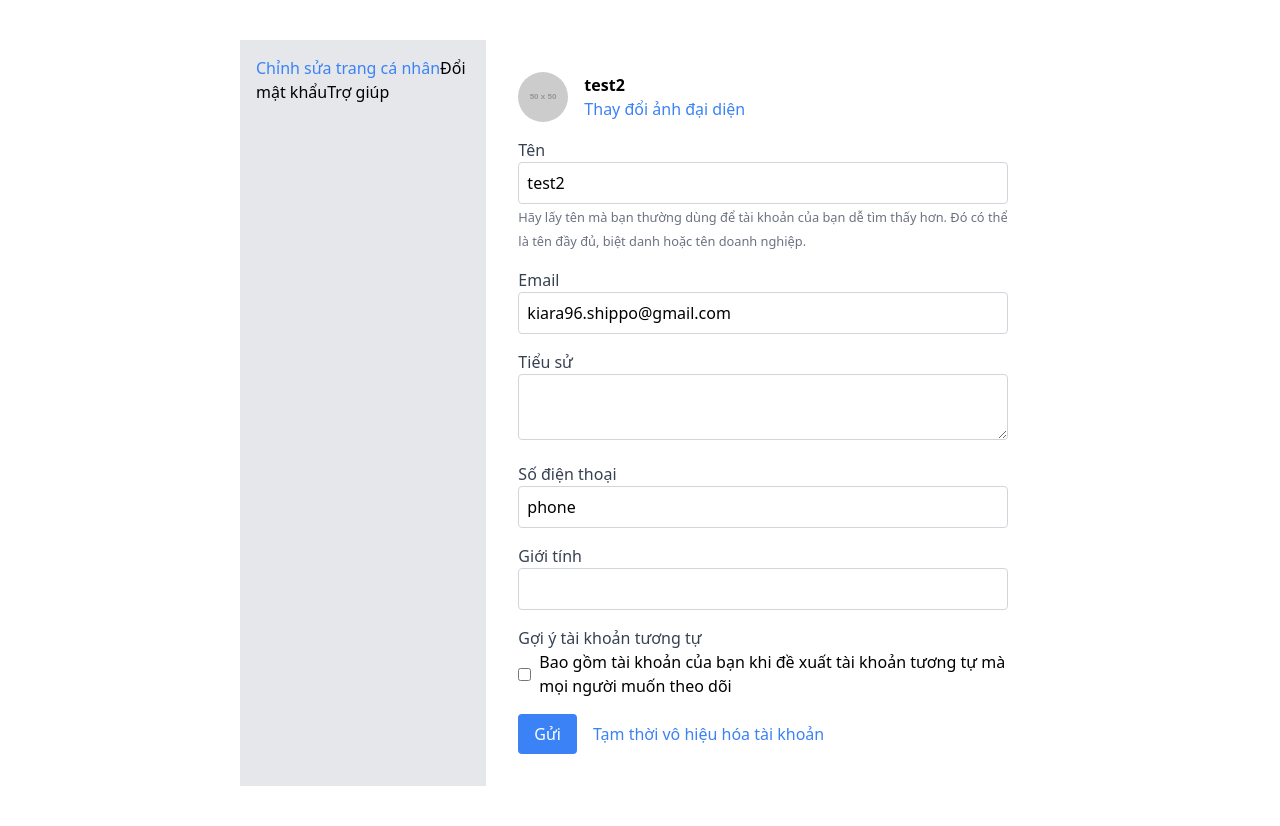
Repository: DangNgocDuong250903/2425_CS445AC_NHOM1
Page: /update_user (app in social_fe/)
An editor plug-in stored every save of this project. The page is shown before and after the next save, followed by the edit.
The browser window is 1280 px wide. The pictures show the whole page.
The project was rebuilt for these pictures with package versions that can differ from the ones it lists, and the page was loaded fresh each time. Also part of the build but not shown: social_fe/vite.config.js, social_fe/src/components/Button/index.jsx, social_fe/src/assets/index.js, social_fe/src/components/FriendCard/index.jsx, social_fe/src/components/Loading/index.jsx, social_fe/src/components/PostCard/index.jsx, social_fe/src/components/ProfileCard/index.jsx, social_fe/src/components/TextInput/index.jsx and 8 more.

Above is the page before, as saved 2024-11-05 10:53:01.

After the next save:
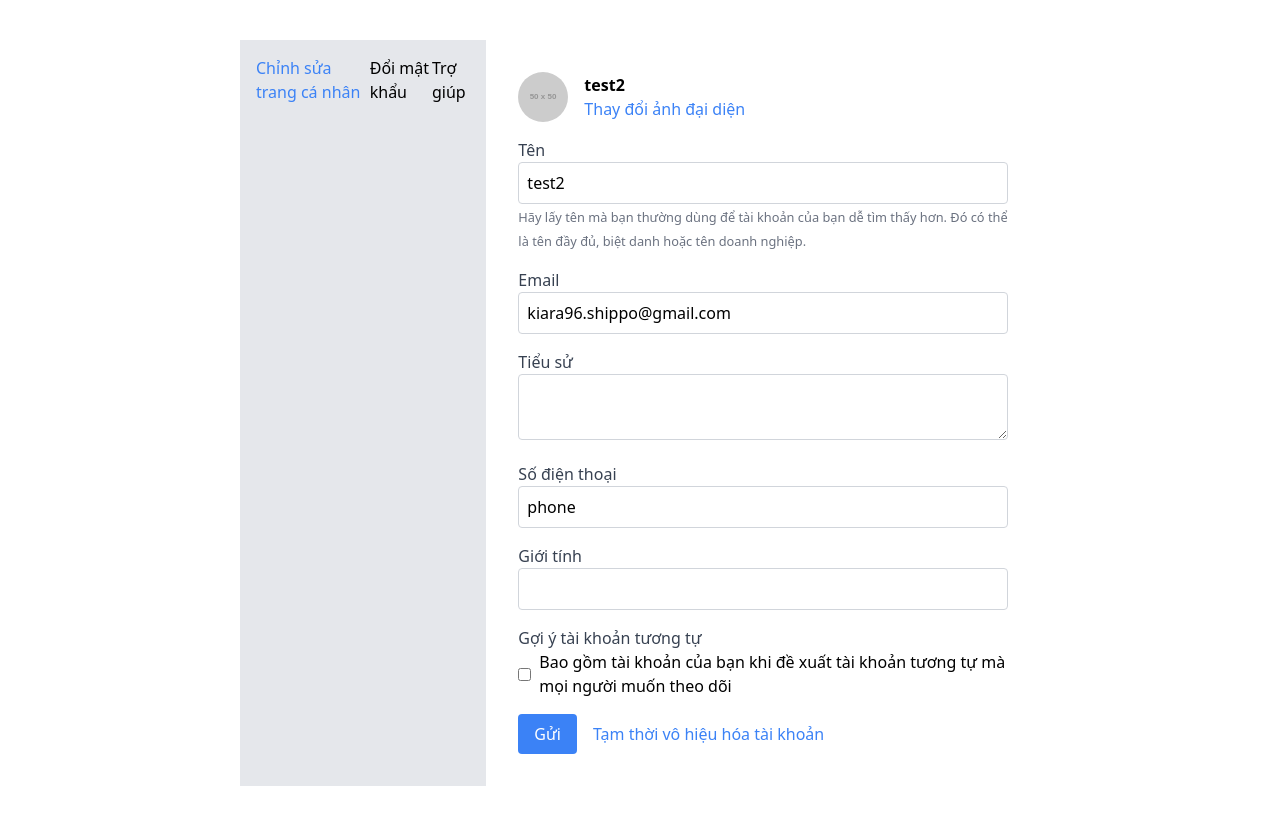
Saved 4 s later.
--- a/social_fe/src/pages/ProfilePage/updateUser.jsx
+++ b/social_fe/src/pages/ProfilePage/updateUser.jsx
@@ -5,7 +5,7 @@ const UpdateUser = () => {
     return (
         <div className="flex w-[800px] mx-auto pt-10 pb-10">
             <div className="w-1/3 p-4 bg-gray-200">
-                <ul >
+                <ul className='flex'>
                     <Link className="mb-4"><a href="#" className="text-blue-500">Chỉnh sửa trang cá nhân</a></Link>
                     <Link className="mb-4"><a href="#">Đổi mật khẩu</a></Link>
                     <Link className="mb-4"><a href="#">Trợ giúp</a></Link>
